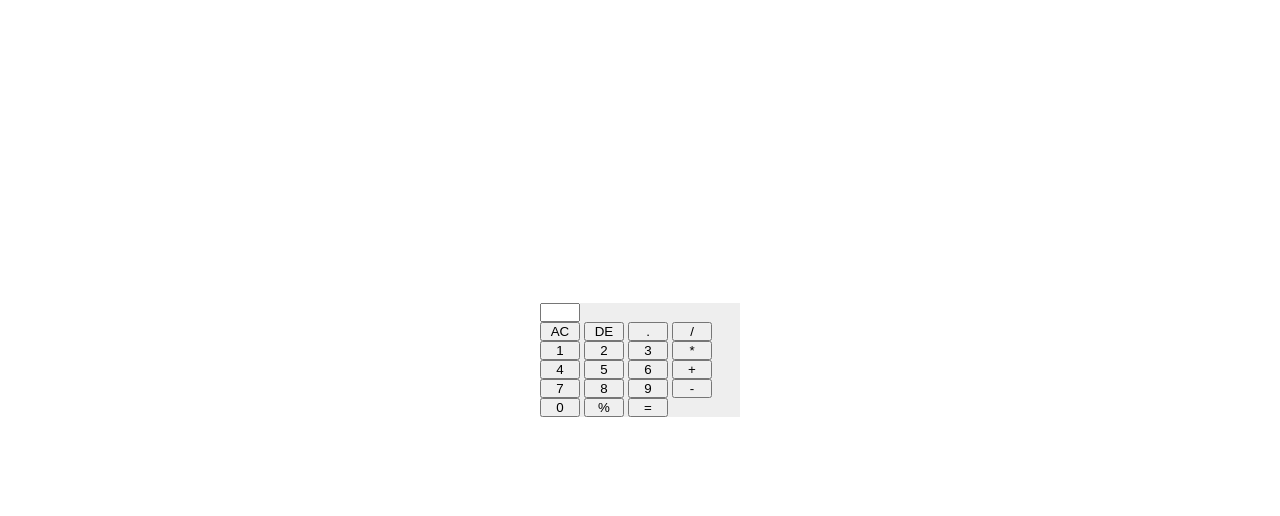
Repository: jerrys-arch/web-calculator
Page: index.html
The author's editor kept a copy of each file at every save. The page is drawn from the files as they stood at one save, then again after a run of saves.
The browser window is 1280 px wide. The pictures show the whole page.

Above is the page before, as saved 2024-11-30 04:57:21.

After the next 4 saves:
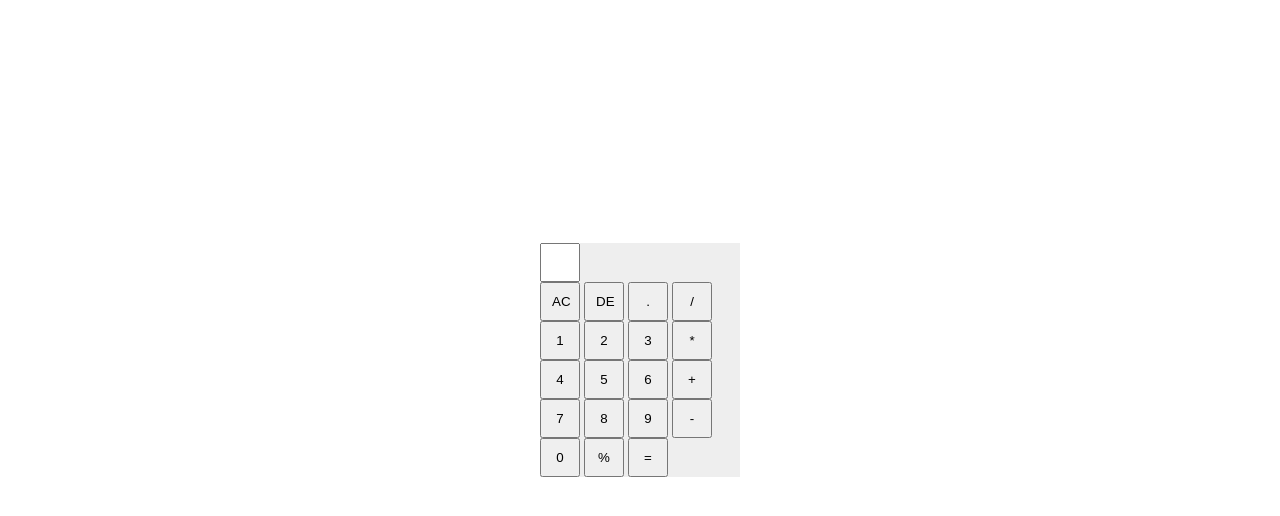
The 4 saves are shown as one change because they came seconds apart.
The last was saved 11 s later.
--- a/styles.css
+++ b/styles.css
@@ -18,5 +18,5 @@
 }
 .calculator input{
     width:20%;
-    height: 20
+    padding: 10px;
 }
